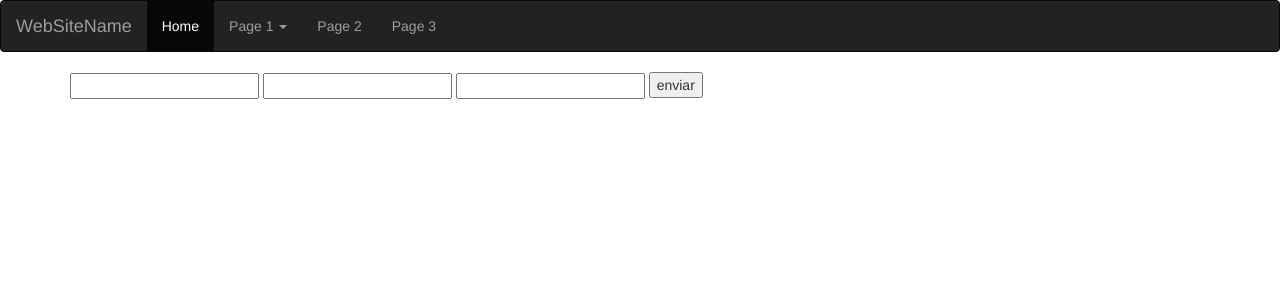
Repository: UAQJavaEveris/ProyectoFinalJuanCarlos
Page: http://localhost/WebCliente/
These files come from the project's save history. The page is drawn as it stood at one moment and after the next save; the edit follows.
The browser window is 1280 px wide. The pictures show the whole page.
Some web libraries are served in a nearby version. The page is served by Tomcat 9.

Above is the page before, as saved 2016-12-10 02:55:51.

After the next save:
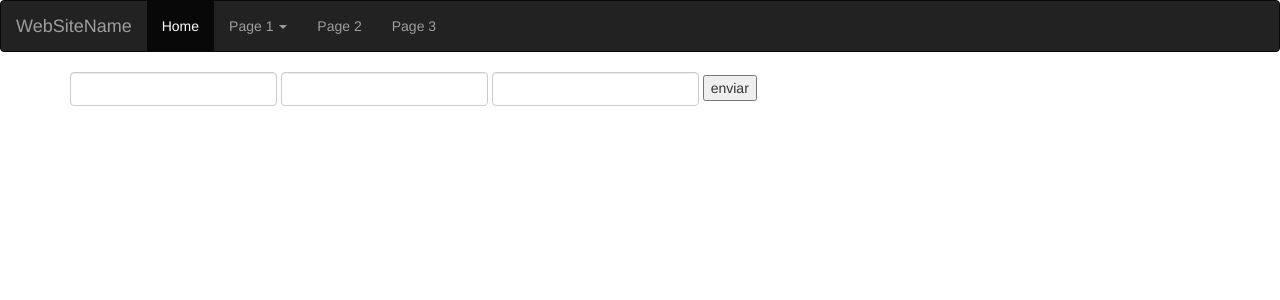
Saved 43 s later.
--- a/WebCliente/WebContent/index.jsp
+++ b/WebCliente/WebContent/index.jsp
@@ -37,15 +37,15 @@
 <form  class="form-inline" action="Controller" method="Post">
 <div class="form-group">
     <label class="sr-only" for="nombre">Nombre:</label>
-    <input type="txt" name="nombre"><br>
+    <input  class="form-control" type="txt" name="nombre"><br>
   </div>
   <div class="form-group">
   <label class="sr-only" for="apellidos">Apellidos:</label>
-  <input type="txt" name="apellidos"><br>
+  <input class="form-control"  type="txt" name="apellidos"><br>
   </div>
  <div class="form-group">
  <label class="sr-only" for="logros">logroes:</label>
-<input type="txt" name="logros"><br>
+<input class="form-control"  type="txt" name="logros"><br>
 </div>
 <input type="submit" value="enviar"></input>
 </form><br>
